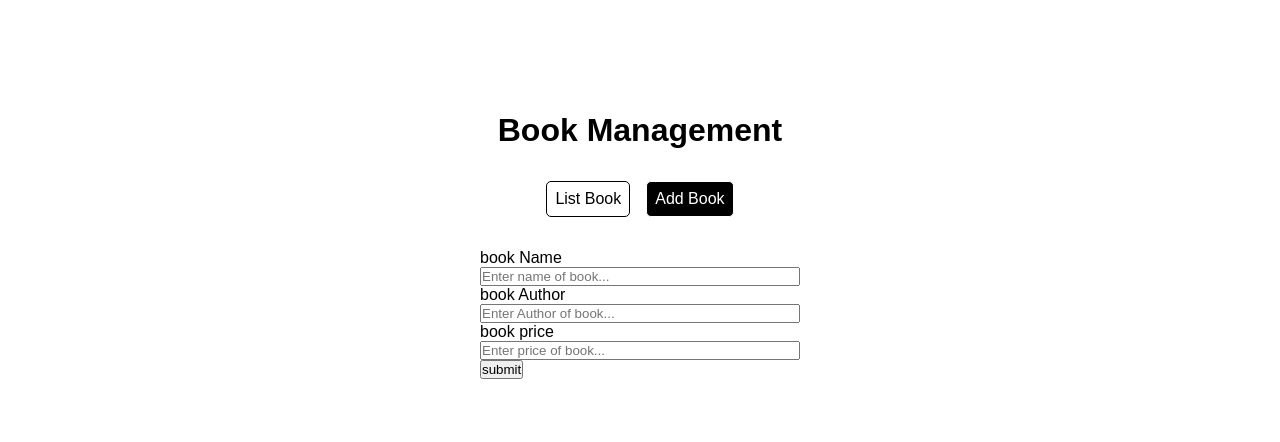
Repository: wakoya-tech/e-library-app1
Page: /add
The author's editor kept a copy of each file at every save. The page is drawn from the files as they stood at one save, then again after the next save.
The browser window is 1280 px wide. The pictures show the whole page.
The project was rebuilt for these pictures with package versions that can differ from the ones it lists, and the page was loaded fresh each time. Also part of the build but not shown: vite.config.js, src/components/ListBook.jsx.

Above is the page before, as saved 2025-10-11 23:05:04.

### src/main.jsx
import React from 'react'
import ReactDOM from 'react-dom/client'
import { BrowserRouter } from 'react-router-dom'
import App from './App'
ReactDOM.createRoot(document.getElementById('root')).render(
  <React.StrictMode>
    <BrowserRouter>
    <App />
    </BrowserRouter>

  </React.StrictMode>,
)

### src/App.jsx
import './App.css';
import Header from './components/Header.jsx';
import { Routes, Route } from "react-router-dom";
import ListBook from './components/ListBook.jsx';
import AddBook from './components/AddBook.jsx';

function App() {
  return (
    <div className="App">
      <Header />
    <Routes>
     < Route path='/' element={<ListBook/>}/>
     < Route path='/add' element={<AddBook/>}/>
    </Routes>
    </div>
  );
}

export default App;

### src/App.css
*{
  margin: 0;
  padding: 0;
  box-sizing: border-box;
}
body{
  font-family: Arial, Helvetica, sans-serif;
}
.container{
  max-width: 40rem;

  margin: 7rem auto 0;
}
header{
  text-align: center;

}
header nav{
  margin-top: 2rem;
  display: flex;
  justify-content: center;
  gap: 1rem;
}
header nav > a {
  text-decoration: none;
  border: 1px solid;
  padding: 0.5rem;
  border-radius: 5px;
  color: black;
}
header nav > .active{
  background: black;
  color: white;
}
.form{
  margin: 2rem auto;
  max-width: 20rem;
}
.inputField{
  display: flex;
  flex-direction: column;
}

### src/components/Header.jsx
import React from "react"
import { NavLink } from "react-router-dom"
import { BrowserRouter as Router, Routes, Route } from 'react-router-dom';
function Header(){
    const navigation =[
        {path:'/',name:'List Book'},
        { path:'/add', name:'Add Book'}
    ]
    return(<div className="container">
<header>
    <h1>Book Management</h1>
    <nav>
       {navigation.map(nav=>(
        <NavLink
       key={nav.name}
        to={nav.path}>
{nav.name}
        </NavLink>
       ))}
         </nav>
</header>
    </div>)
}
export default Header

### src/components/AddBook.jsx
import BookForm from "../form/BookForm.jsx"
const AddBook = () =>{
    const handleOnSubmit=()=>{
        console.log("Add new book");
    }
    return(
        <div className="addForm">
            <BookForm handleSubmit={handleOnSubmit}/>
        </div>

    )
}
export default AddBook

### src/form/BookForm.jsx


const  BookForm=({handleSubmit})=> {
const onSubmit=(e)=>{
    e.preventDefault();
    handleSubmit();
}
    const renderInputField = (label,placeholder,name)=>(
        <div className="inputField">

       <label>{label}</label>
            <input name={name} type="text" placeholder={placeholder} />
        </div>
    )
  return (
<form onSubmit={onSubmit} className="form">

{renderInputField('book Name ','Enter name of book...','name')}
{renderInputField('book Author ','Enter Author of book...','author')}
{renderInputField('book price' ,'Enter price of book...','price')}
<button type="submit"className="btnForm">submit</button>
</form>
  )
}

export default BookForm

Loaded but not shown: index.html (common file)

After the next save:
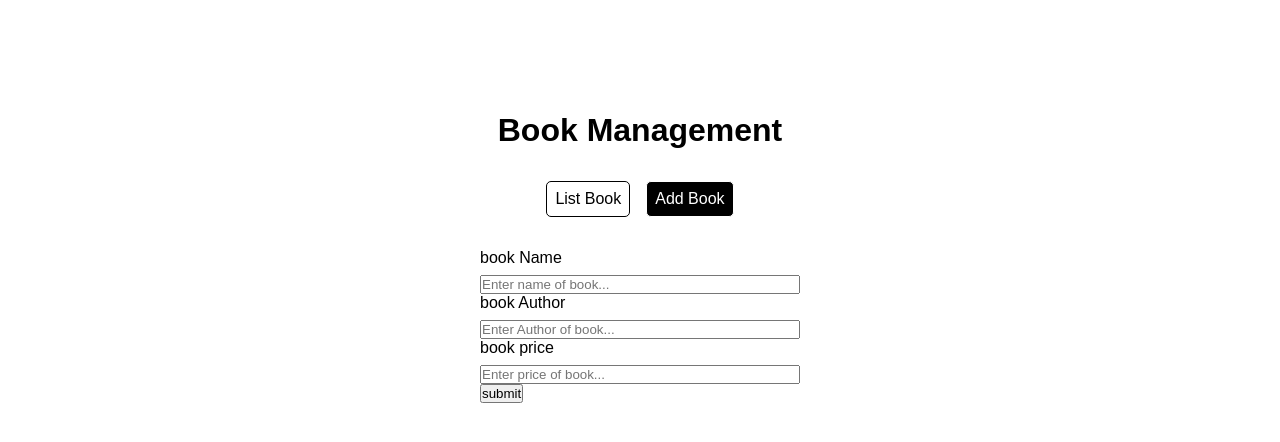
Saved 104 s later.
--- a/src/App.css
+++ b/src/App.css
@@ -39,4 +39,5 @@ header nav > .active{
 .inputField{
   display: flex;
   flex-direction: column;
+  gap:0.5rem
 }
